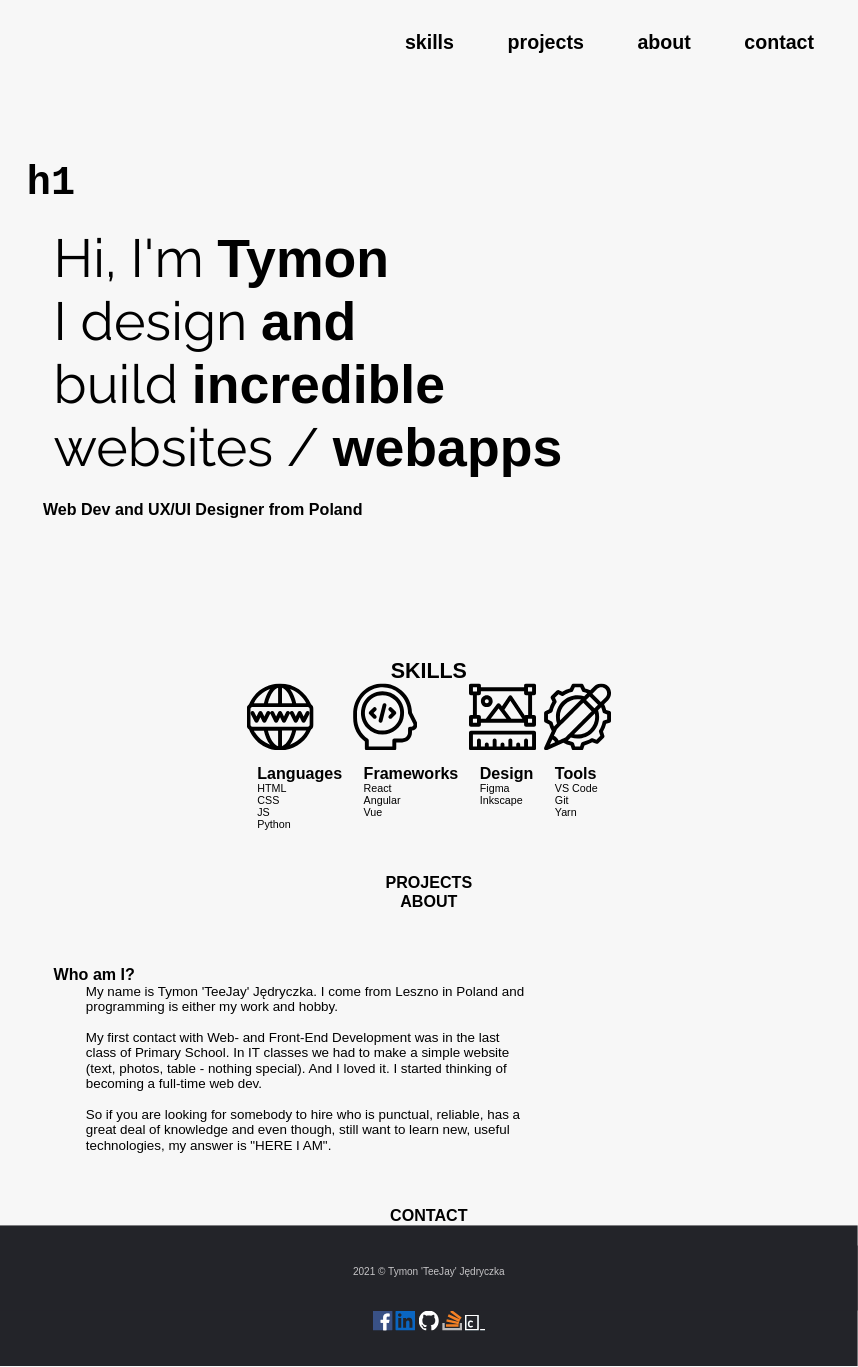
Repository: TeeJaysDev/Portfolio
Page: index.html
The author's editor kept a copy of each file at every save. The page is drawn from the files as they stood at one save, then again after the next save.
The browser window is 1280 px wide. The pictures show the whole page, at 67% of full size.

Above is the page before, as saved 2021-04-23 15:49:40.

After the next save:
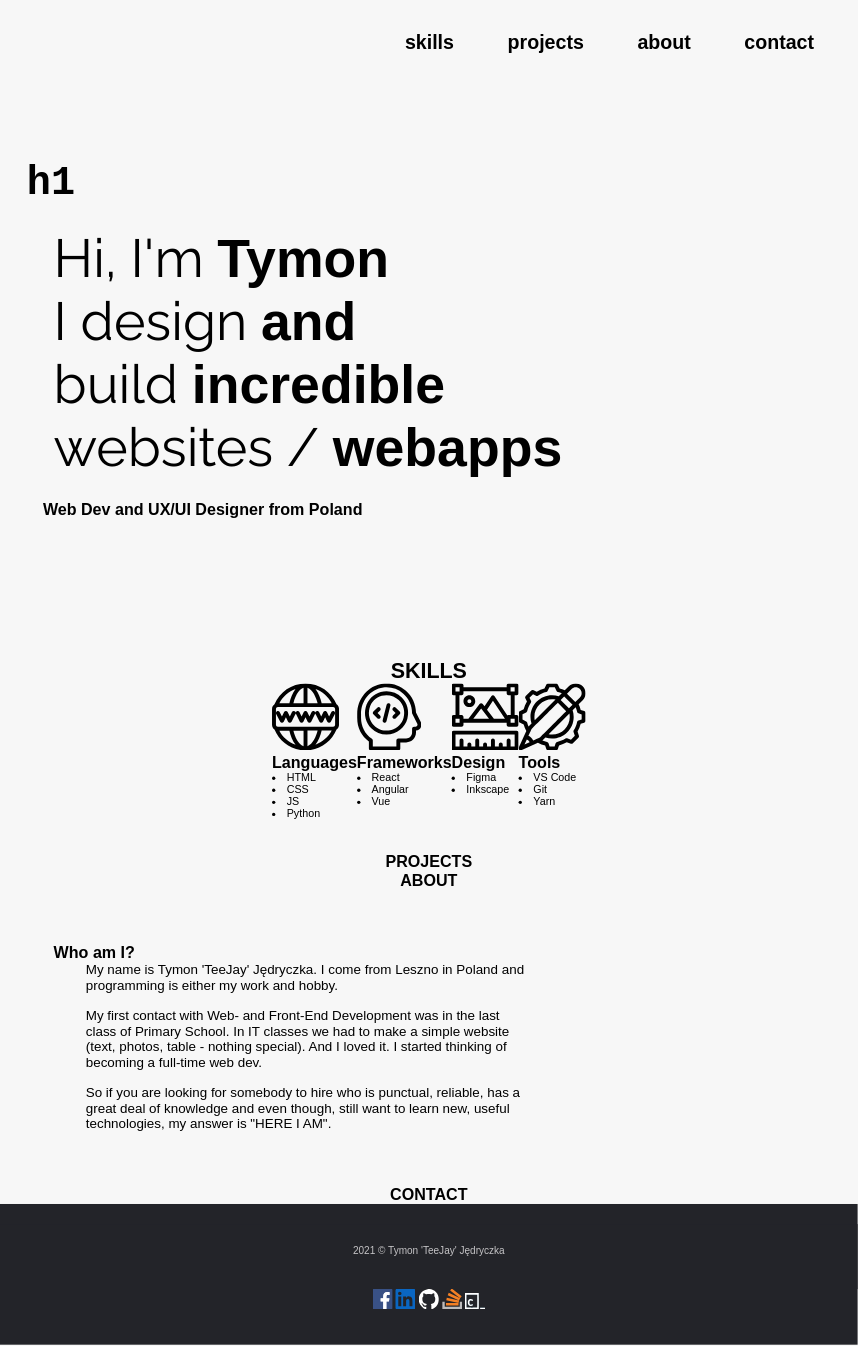
Saved 80 s later.
--- a/style.css
+++ b/style.css
@@ -54,19 +54,6 @@ main .welcome_part_h2 {
 
 .box {
 
-}
-
-.image {
-
-}
-
-.text h2 {
-    display: flex;
-}
-
-.text {
-    list-style: none;
-    margin: 1rem;
 }
 
 #about p {

After the 2 saves that followed:
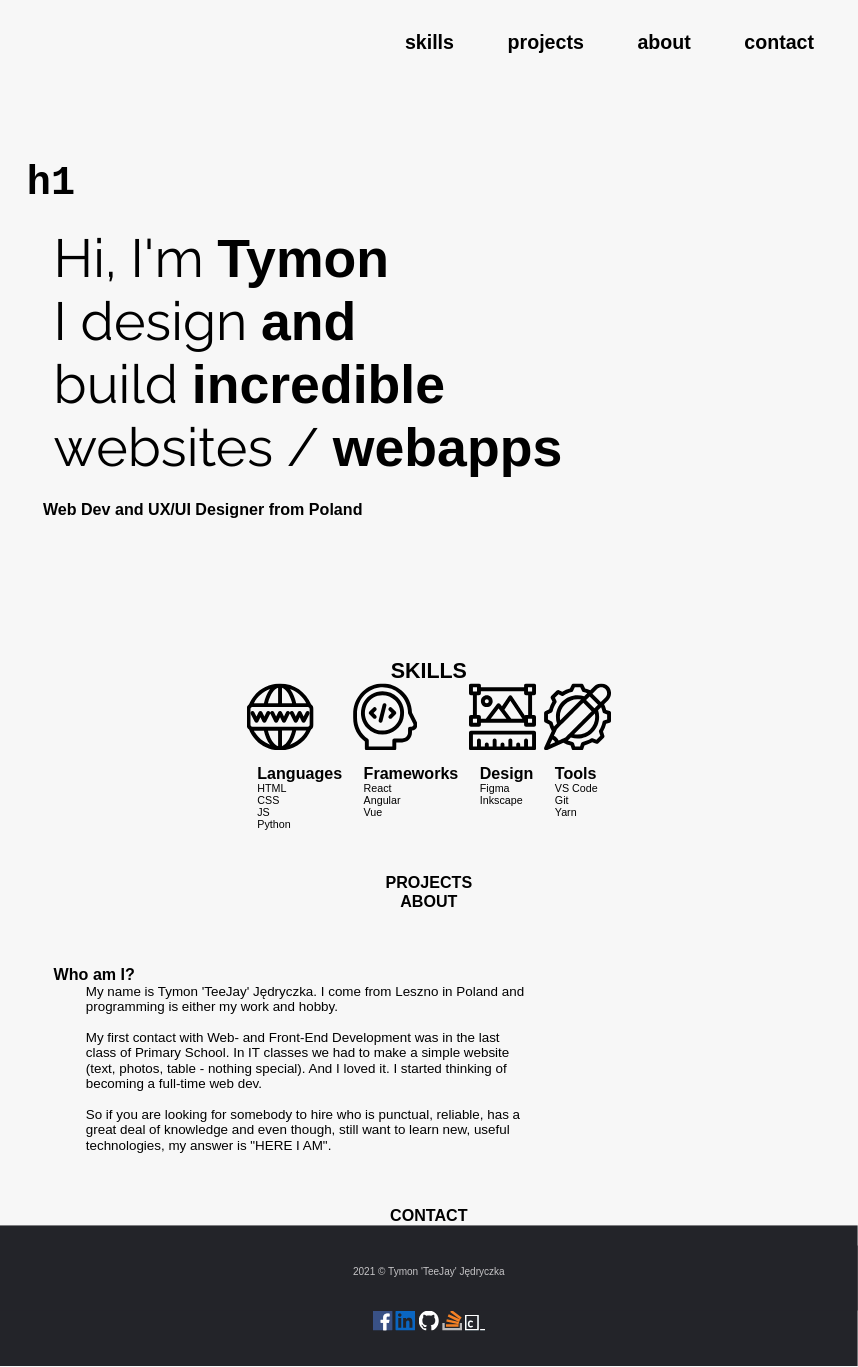
The 2 saves are shown as one change because 1 left the picture as it was.
The last was saved 23 s later.
--- a/style.css
+++ b/style.css
@@ -54,6 +54,19 @@ main .welcome_part_h2 {
 
 .box {
 
+}
+
+.image {
+
+}
+
+.text h2 {
+    display: flex;
+}
+
+.text {
+    list-style: none;
+    margin: 1rem;
 }
 
 #about p {
